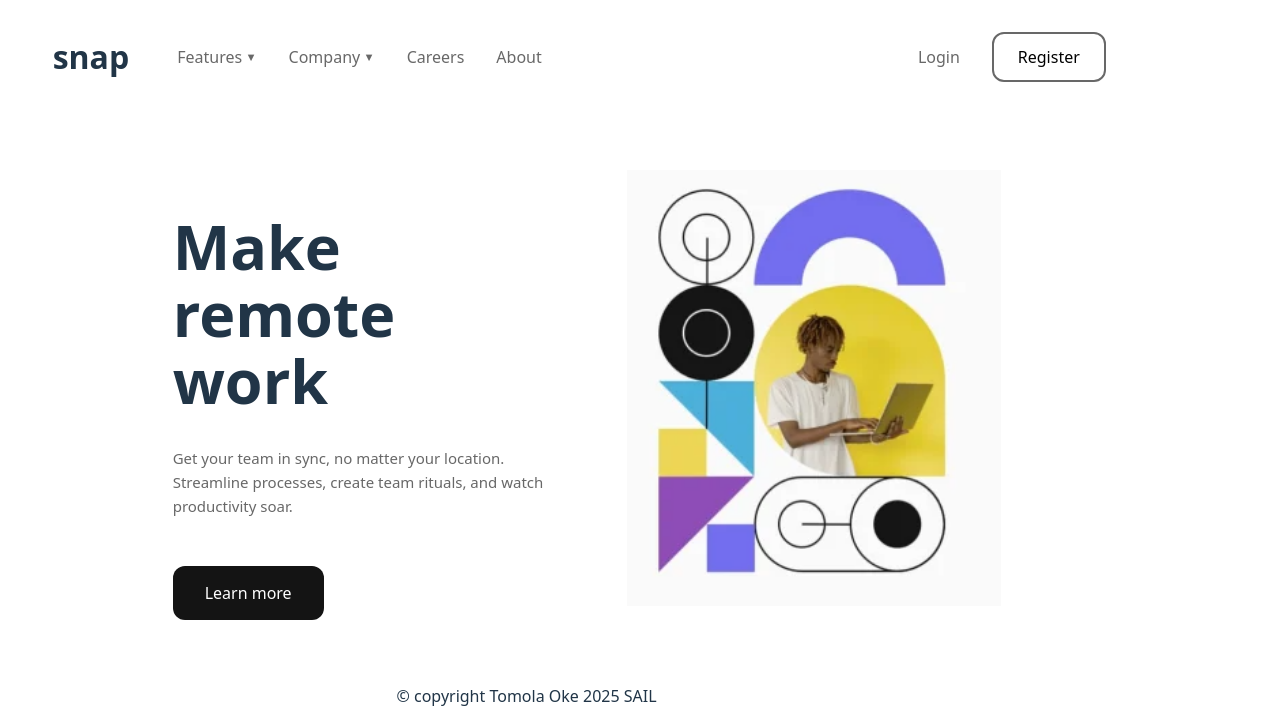
Repository: tomolaoke/SNAP
Page: /
These files come from the project's save history. The page is drawn as it stood at one moment and after a run of saves; the edit follows.
The browser window is 1280 px wide. The pictures show the whole page.
The project was rebuilt for these pictures with package versions that can differ from the ones it lists, and the page was loaded fresh each time. Also part of the build but not shown: vite.config.js, src/components/footer/Footer.css.

Above is the page before, as saved 2025-06-21 22:06:07.

### src/App.jsx
import './App.css';
import Header from './components/header/Header';
import Hero from './components/hero/Hero';
import Footer from './components/footer/Footer';

const App = () => {
  return (
    <div className="app">
      <Header />
      <Hero />
      <Footer />
    </div>
  );
};

export default App;

### src/App.css
.app {
  min-height: 100vh;
  display: flex;
  flex-direction: column;
  align-items: center; /* Center all children horizontally */
  justify-content: center; /* Center all children vertically */
}

/* Add any global styles here */

### src/components/header/Header.jsx
import './Header.css';
import HeaderNav1 from '../../block/headerblock/HeaderNav1';
import HeaderNav2 from '../../block/headerblock/HeaderNav2';

const Header = () => {
  return (
    <header className="header">
      <HeaderNav1 />
      <HeaderNav2 />
    </header>
  );
};

export default Header;

### src/components/hero/Hero.jsx
import './Hero.css';
import HeroText from '../../block/heroblock/HeroText';
import HeroImage from '../../block/heroblock/HeroImage';

const Hero = () => {
  return (
    <section className="hero">
      <HeroText />
      <HeroImage />
    </section>
  );
};

export default Hero;

### src/components/footer/Footer.jsx
import './Footer.css';

const Footer = () => {
  return (
    <footer className="footer">
      <p>© copyright Tomola Oke 2025 SAIL</p>
    </footer>
  );
};

export default Footer;

### src/components/header/Header.css
.header {
  display: flex;
  justify-content: space-between;
  align-items: center;
  padding: 2rem 5%;
  max-width: 1440px;
  margin: 0 auto;
  width: 100%;
}

### src/block/headerblock/HeaderNav1.jsx
import './HeaderNav.css';

const HeaderNav1 = () => {
  return (
    <div className="header-nav-1">
      <div className="logo">snap</div>
      <nav className="nav-links">
        <a href="#">Features <span className="dropdown-icon">▼</span></a>
        <a href="#">Company <span className="dropdown-icon">▼</span></a>
        <a href="#">Careers</a>
        <a href="#">About</a>
      </nav>
    </div>
  );
};

export default HeaderNav1;

### src/block/headerblock/HeaderNav2.jsx
import './HeaderNav.css';

const HeaderNav2 = () => {
  return (
    <div className="header-nav-2">
      <a href="#" className="login-btn">Login</a>
      <button className="register-btn">Register</button>
    </div>
  );
};

export default HeaderNav2;

### src/components/hero/Hero.css
.hero {
  margin-left: 120px;
}

### src/block/heroblock/HeroText.jsx
import './HeroBlock.css';

const HeroText = () => {
  return (
    <div className="hero-text">
      <h1>Make remote work</h1>
      <p>
        Get your team in sync, no matter your location.<br />
        Streamline processes, create team rituals, and watch productivity soar.
      </p>
      <button className="cta-button">Learn more</button>
    </div>
  );
};

export default HeroText; // Fixed export

### src/block/heroblock/HeroImage.jsx
import './HeroBlock.css';
import heroImage from '../../../src/assets/SNAP.png';

const HeroImage = () => {
  return (
    <div className="hero-image">
      <img src={heroImage} alt="Team collaborating remotely" />
    </div>
  );
};

export default HeroImage; // Fixed export

### src/block/headerblock/HeaderNav.css
.header-nav-1 {
  display: flex;
  align-items: center;
  gap: 3rem;
}

.logo {
  font-size: 2rem;
  font-weight: 700;
}

.nav-links {
  display: flex;
  gap: 2rem;
}

.nav-links a {
  text-decoration: none;
  color: #686868;
  font-weight: 500;
  display: flex;
  align-items: center;
}

.dropdown-icon {
  font-size: 0.7em;
  margin-left: 0.3em;
}

.header-nav-2 {
  display: flex;
  align-items: center;
  gap: 2rem;
}

.login-btn {
  text-decoration: none;
  color: #686868;
  font-weight: 500;
}

.register-btn {
  padding: 0.75rem 1.5rem;
  border: 2px solid #686868;
  background: transparent;
  border-radius: 12px;
  font-weight: 500;
  cursor: pointer;
}

### src/block/heroblock/HeroBlock.css
.hero {
  display: flex;
  align-items: center;
  gap: 5rem;
  padding: 3rem 5%;
}

.hero-text {
  flex: 1;
  max-width: 600px;
}

.hero-text h1 {
  font-size:61px;
  line-height: 1.1;
  margin-bottom: 2rem;
}

.hero-text p {
  font-size: 15px;
  line-height: 1.6;
  color: #686868;
  margin-bottom: 3rem;
}

.cta-button {
  padding: 1rem 2rem;
  background-color: #141414;
  color: white;
  border: none;
  border-radius: 12px;
  font-size: 1rem;
  font-weight: 500;
  cursor: pointer;
}

.hero-image {
  flex: 1;
}

.hero-image img {
  width: 100%;
  max-width: 600px;
  height: auto;
}

Loaded but not shown: index.html (common file); src/main.jsx (common file); src/index.css (common file); src/components/footer/Footer.css (no copy from this time; the picture is the same without it)

After the next 2 saves:
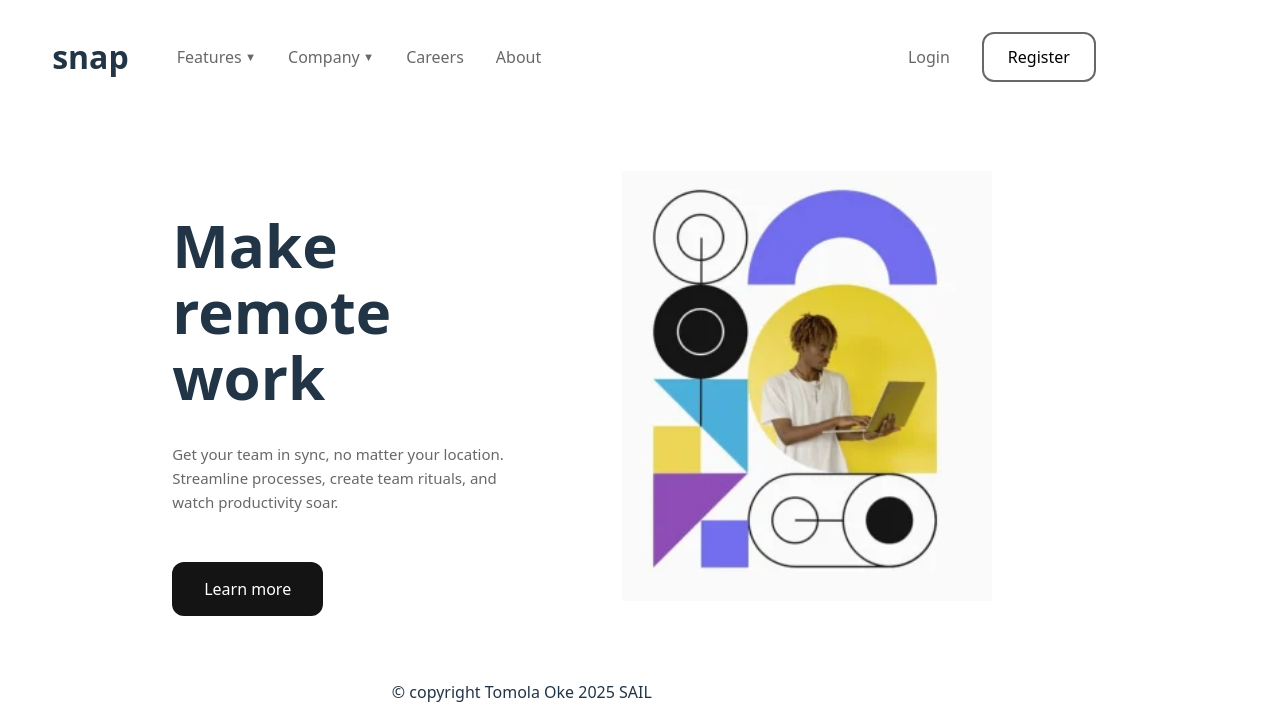
The 2 saves are shown as one change because they came seconds apart.
The last was saved 12 s later.
--- a/src/block/heroblock/HeroBlock.css
+++ b/src/block/heroblock/HeroBlock.css
@@ -11,7 +11,7 @@
 }
 
 .hero-text h1 {
-  font-size:61px;
+  font-size:60px;
   line-height: 1.1;
   margin-bottom: 2rem;
 }
